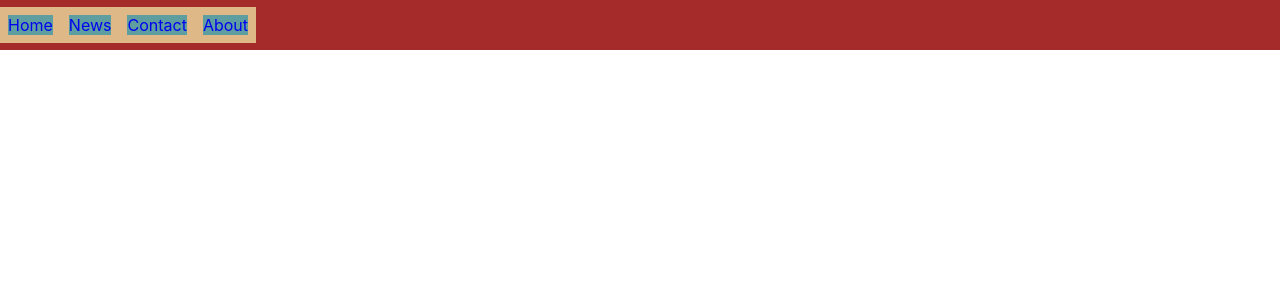
Repository: tusharpasricha/owlsomecoffee
Page: /
These files come from the project's save history. The page is drawn as it stood at one moment and after the next save; the edit follows.
The browser window is 1280 px wide. The pictures show the whole page.
The project was rebuilt for these pictures with package versions that can differ from the ones it lists, and the page was loaded fresh each time.

Above is the page before, as saved 2021-09-27 08:23:29.

### src/App.js

//import './App.css';
import Navbar from './components/navbar';

function App() {
  return (
    <div className="App">
     <Navbar>
     </Navbar>

    </div>
  );
}

export default App;

### src/components/navbar.js
import React from 'react'
import './navbar.css'

const Navbar = () => {
    return (
    <div className="nav">
<ul>
  <li><a href="default.asp">Home</a></li>
  <li><a href="news.asp">News</a></li>
  <li><a href="contact.asp">Contact</a></li>
  <li><a href="about.asp">About</a></li>
</ul>
    </div>
    )
}

export default Navbar

### src/components/navbar.css

.nav{
    display: flex;
    background-color: brown;
    height: 50px;
    align-items:center;
}
ul {
    display: flex;
    background-color: burlywood;
    list-style-type: none;
    margin: 0;
    padding: 0;
    float: right;
  }
  li{

      padding: 8px;

  }
  a{
    background-color: cadetblue;
    text-decoration: none;
  }

Loaded but not shown: public/index.html (common file); src/index.js (common file); src/index.css (common file)

After the next save:
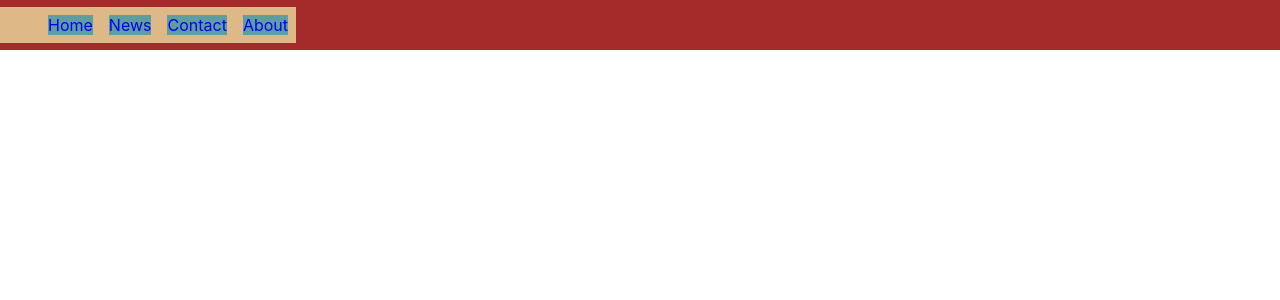
Saved 33 s later.
--- a/src/components/navbar.css
+++ b/src/components/navbar.css
@@ -9,8 +9,7 @@ ul {
     display: flex;
     background-color: burlywood;
     list-style-type: none;
-    margin: 0;
-    padding: 0;
+
     float: right;
   }
   li{
